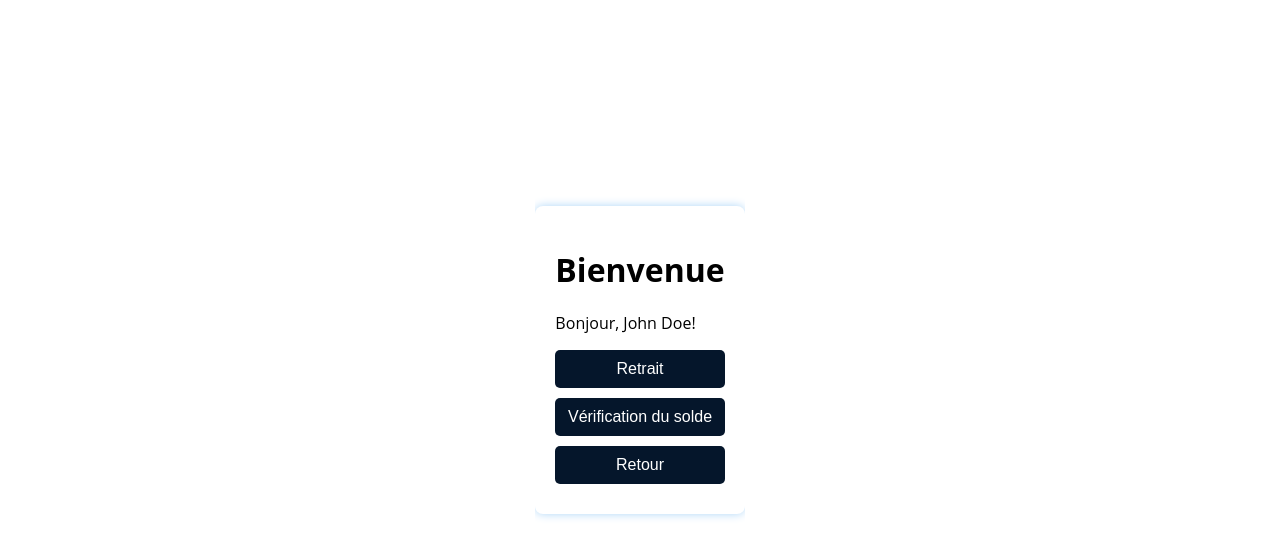
Repository: ndiawar/ProjetGab
Page: bienvenue.html
The author's editor kept a copy of each file at every save. The page is drawn from the files as they stood at one save, then again after the next save.
The browser window is 1280 px wide. The pictures show the whole page.

Above is the page before, as saved 2024-08-07 19:32:53.
Console error: TypeError: Cannot read properties of null (reading 'addEventListener')

After the next save:
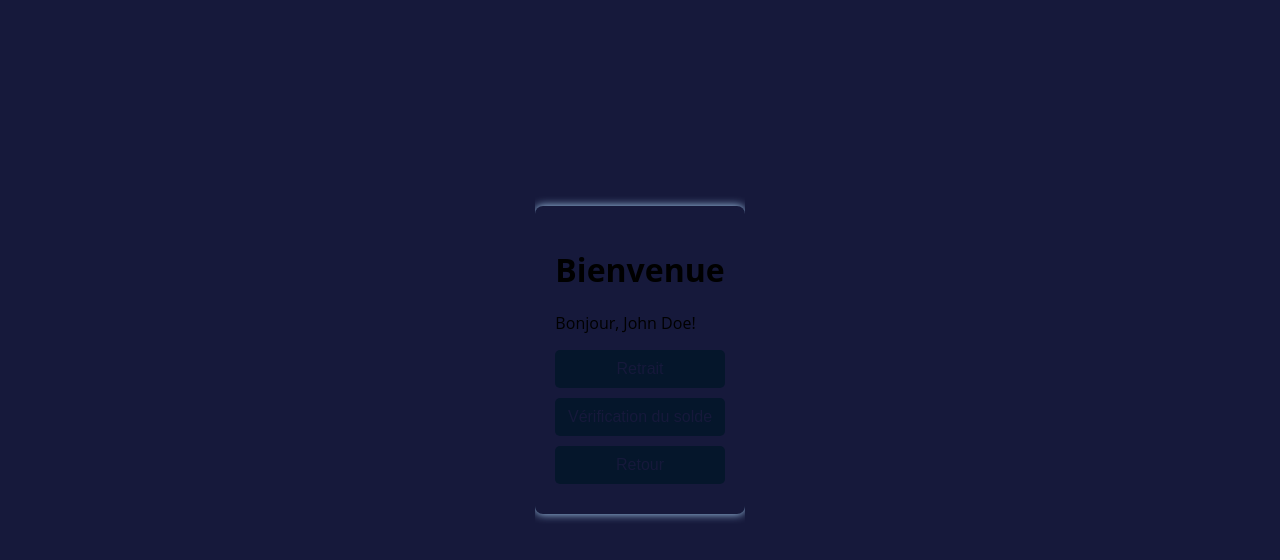
Saved 2 min 58 s later.
--- a/style.css
+++ b/style.css
@@ -6,7 +6,6 @@
     --blue-sky-4: #7FB2F0; /* Bleu clair */
     --blue-sky-5: #ADD5F7; /* Bleu très clair */
     --Noir-6: #000000; /* Noir */
-    --blue-sky-1: #ffffff; /* Blanc */
 
     /* Utilisation des couleurs pour différents éléments */
     --color-title: var(--blue-sky-1); /* Couleur pour les titres */
@@ -169,7 +168,6 @@ button:hover {
     max-width: 500px;
     width: 100%;
 }
-
 h1.bienvenue{
   font-size: 24px;
   margin-bottom: 10px;
